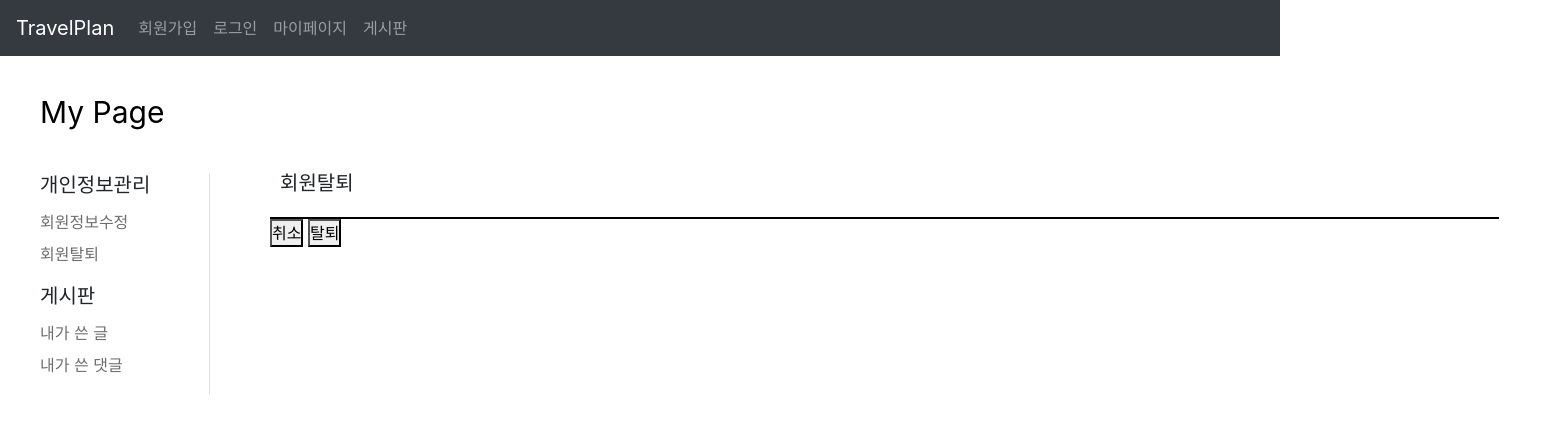
Repository: sna145815/Travel_v1
Page: http://localhost/Travel_v1/WEB-INF/view/deleteuser.jsp
The author's editor kept a copy of each file at every save. The page is drawn from the files as they stood at one save, then again after the next save.
The browser window is 1280 px wide. The page is 1560 px wide, so the pictures cover 1560 px, including what lies to the right of the window. The pictures show the whole page.
The page is served by Tomcat 9. Nobody is signed in. The template is opened directly, without the code that normally fills it, so the values that code supplies are empty.

Above is the page before, as saved 2022-11-06 14:07:02.

After the next save:
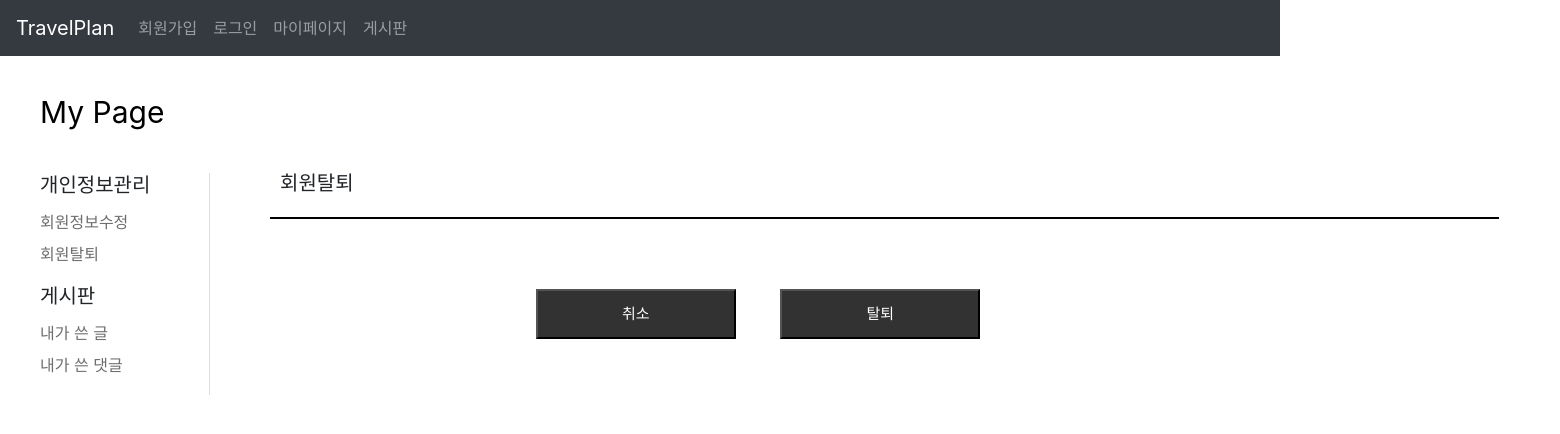
Saved 13 s later.
--- a/Travel_v1/src/main/webapp/WEB-INF/view/deleteuser.jsp
+++ b/Travel_v1/src/main/webapp/WEB-INF/view/deleteuser.jsp
@@ -78,6 +78,21 @@
 			font-size: 14px;
 			position: relative;
 		}
+				.button {
+			margin-top: 50px;
+			margin-left: 20%;
+		}
+		.btn_cancel, .btn_update {
+			width: 200px;
+			height: 50px;
+			margin: 20px;
+			padding: 10px;
+			font-size: 15px;
+			border-collapse: collapse;
+			vertical-align: middle;
+			color: rgb(255, 255, 255);
+			background-color: rgb(50, 50, 50);
+		}
 	</style>
 </head>
 <body>

After the 2 saves that followed:
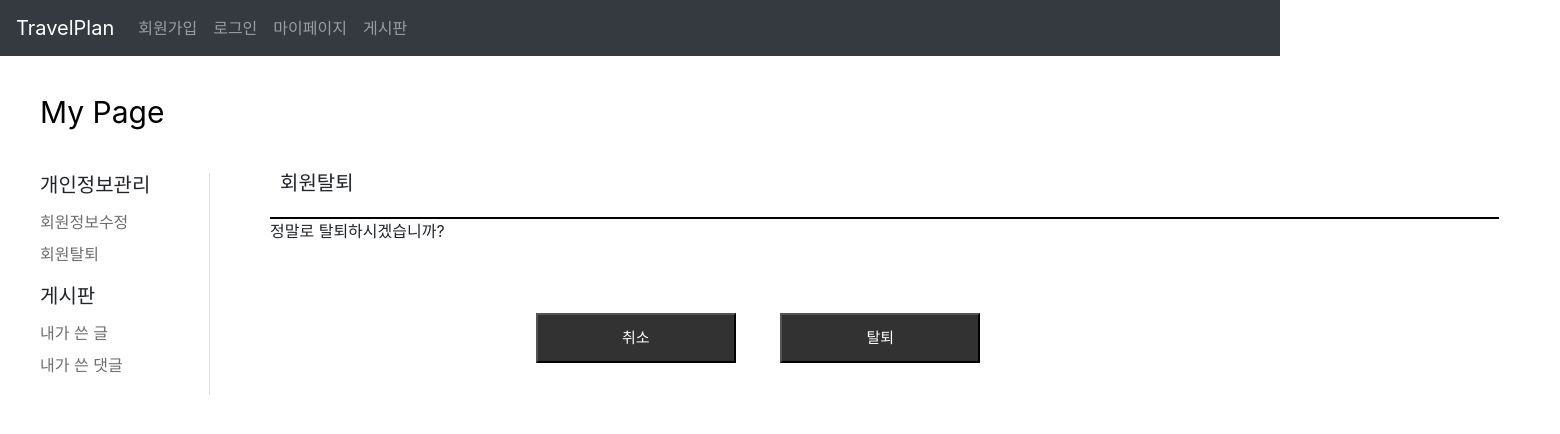
The 2 saves are shown as one change because 1 left the picture as it was.
The last was saved 3 min 2 s later.
--- a/Travel_v1/src/main/webapp/WEB-INF/view/deleteuser.jsp
+++ b/Travel_v1/src/main/webapp/WEB-INF/view/deleteuser.jsp
@@ -82,7 +82,7 @@
 			margin-top: 50px;
 			margin-left: 20%;
 		}
-		.btn_cancel, .btn_update {
+		.btn_cancel, .btn_delete {
 			width: 200px;
 			height: 50px;
 			margin: 20px;
@@ -126,14 +126,14 @@
 							<h5>회원탈퇴</h5>
 						</header>
 						<div>
-
+							<p>정말로 탈퇴하시겠습니까?</p>
 						</div>
 						<div class="button">
 							<span>
 								<button type="submit" class="btn_cancel">취소</button>
 							</span>
 							<span>
-								<button type="submit" class="btn_update">탈퇴</button>
+								<button type="submit" class="btn_delete">탈퇴</button>
 							</span>
 						</div>
 					</section>
